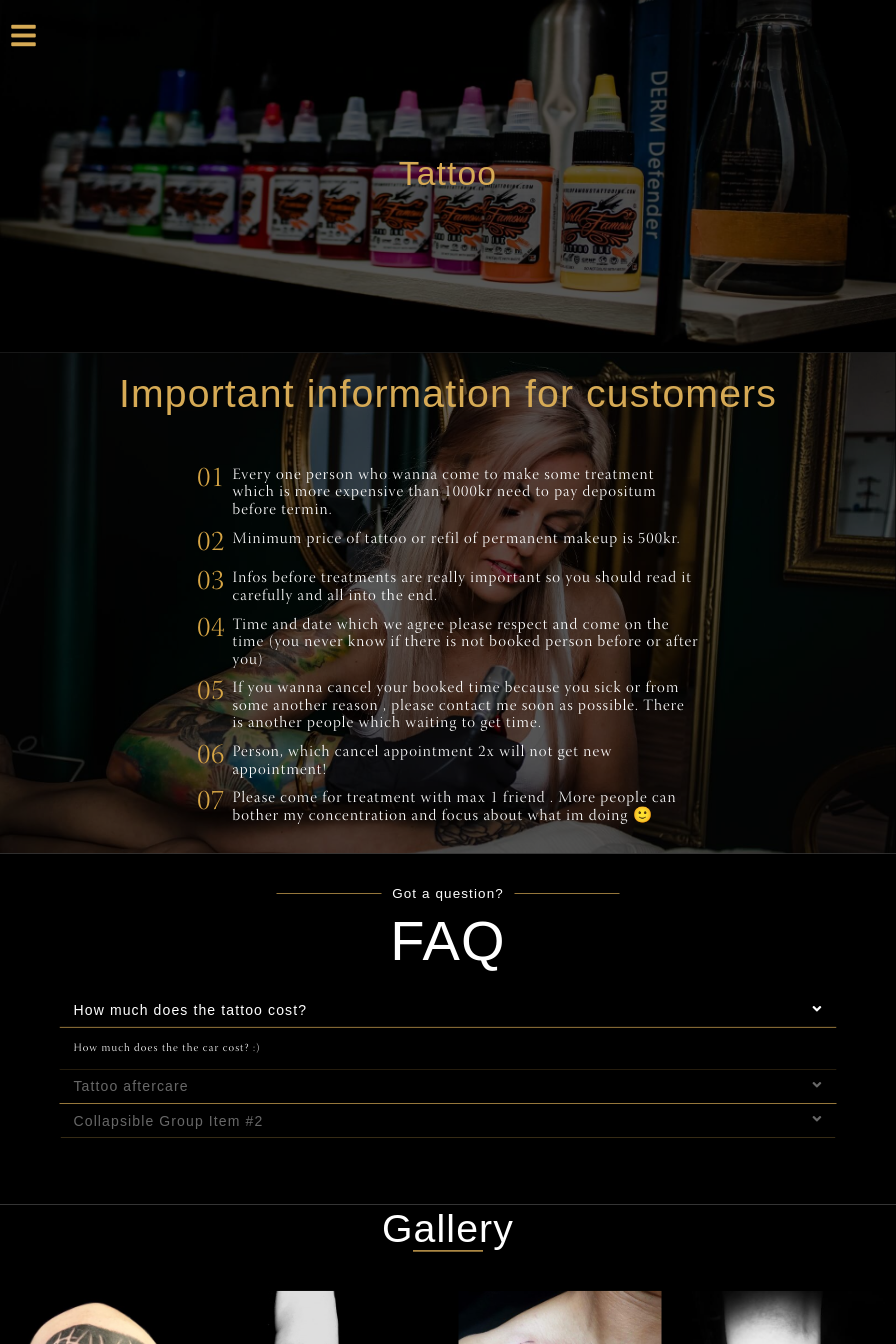
Repository: Spreceriany/TattooWeb
Page: tattoo-en.html
An editor plug-in stored every save of this project. The page is shown before and after the next save, followed by the edit.
The browser window is 1280 px wide. The pictures show the part of the page from y = 0 to 1920 px (the page is 3492 px tall before and 3483 px after), at 70% of full size.
Backgrounds fixed to the window are drawn as part of the page. Some web fonts or font styles are not loaded; a fallback is used. Some web libraries are served in a nearby version.

Above is the page before, as saved 2020-04-23 19:40:05.
Console error: TypeError: Cannot read properties of null (reading 'addEventListener')

### tattoo-en.html
<!DOCTYPE html>
<html>
<head>
    <meta charset='utf-8'>
    <meta http-equiv='X-UA-Compatible' content='IE=edge'>
    <title>Tattoo - Manovistudio</title>
    <meta name='viewport' content='width=device-width, initial-scale=1'>
    <link rel='stylesheet' type='text/css' media='screen' href='css/main.css'>

    <link rel="stylesheet" href="https://stackpath.bootstrapcdn.com/bootstrap/4.4.1/css/bootstrap.min.css" integrity="sha384-Vkoo8x4CGsO3+Hhxv8T/Q5PaXtkKtu6ug5TOeNV6gBiFeWPGFN9MuhOf23Q9Ifjh" crossorigin="anonymous">

    <link rel="stylesheet" href="https://use.fontawesome.com/releases/v5.11.2/css/all.css">

    <link rel="stylesheet" href="css/mdb.min.css">

    <link rel="stylesheet" href="css/lightgallery.min.css">

    <link rel="stylesheet" href="css/swiper.css">

    <link rel="stylesheet" href="css/aos.css">

    <link rel="stylesheet" href="css/style.css">
    <link rel="icon" type="image/png" href="/images/favicon-32x32.png" sizes="32x32" />
    <link rel="icon" type="image/png" href="/images/favicon-16x16.png" sizes="16x16" />
</head>
<body>
  <div style="overflow-x:hidden; position:relative">
  <div class="wrapper-tattoo">
    <button class="netflix-nav-btn netflix-open-btn">
   <i class="fas fa-bars fa-2x"></i>
</button>

<h1 class="gold site-section-heading2">Tattoo</h1>


<div class="netflix-nav netflix-nav-black">
   <div class="netflix-nav netflix-nav-red">
       <div class="netflix-nav netflix-nav-white">

           <button class="netflix-nav-btn netflix-close-btn"><i class="fas fa-times"></i></button>

           <img class="netflix-logo" src="images/GOLD.png" alt="ManoviStudio Logo" />

           <ul class="netflix-list">
               <li><a href="index-en.php">Home</a></li>
               <li><a href="index-en.php#about">About</a></li>
               <li><a href="index-en.php-en#services">Services</a></li>
               <li>
                   <ul>
                       <li><a href="tattoo-en.html" class="gold">Tattoo</a></li>
                       <li><a href="beauty-en.html" >Beauty</a></li>
                       <li><a href="piercing-en.html">Piercing</a></li>

                   </ul>
               </li>
               <li><a href="index-en.php#contact">Contact Us</a></li>

              <li>
                <a href="tattoo.html">Danish</a
                ><img
                  src="/images//denmark.svg"
                  alt="danish-flag"
                  class="flag"
                />
              </li>
           </ul>
       </div>
   </div>
</div>




</div>
<div style="overflow-x:hidden; position:relative">
  <div class="container-fluid tattoo-uvod py-4">
    <h2 class="gold  text-center display-4 ">Important information for customers</h2>
    <div class="row pt-5 justify-content-center d-flex">
      <div class=" col-sm-7 pt-3">

          <ol class="text-white order-style">
            <li>Every one person who wanna come to make some treatment which is more expensive than 1000kr need to pay depositum before termin. </li>
            <li>Minimum price of tattoo or refil of permanent makeup is 500kr.</li>
            <li>Infos before treatments are really important so you should read it carefully and all into the end. </li>
            <li> Time and date which we agree please respect and come on the time (you never know if there is not booked person before or after you) </li>
            <li> If you wanna cancel your booked time because you sick or from some another reason , please contact me soon as possible. There is another people which waiting to get time. </li>
            <li>Person, which cancel appointment 2x will not get new appointment!</li>
            <li>Please come for treatment with max 1 friend . More people can bother my concentration and focus about what im doing 🙂</li>
          </ol>
      </div>

    </div>
  </div>
<div class="container-fluid black-bg py-5" style="height: auto;"  data-aos="fade" data-aos-duration="2000">
  <div class="container align-items-center flex-column ">
    <div class="text-center" data-aos="zoom-in">
         <h2 class="subtitle fancy text-white" style="font-size: 1.2em;"><span>Got a question?</span></h2>
     <p style="font-size: 5em;" class="mt-5 text-white">FAQ</p>
    </div>


    <div class="accordion md-accordion py-5 " id="accordionEx" role="tablist" aria-multiselectable="true" data-aos="fade" data-aos-duration="2000">

      <!-- Accordion card -->
      <div class="card black-bg">

        <!-- Card header -->
        <div class="card-header panel-heading-active " role="tab" id="headingOne1">
          <a data-toggle="collapse" data-parent="#accordionEx" href="#collapseOne1" aria-expanded="true"
            aria-controls="collapseOne1">
            <h5 class="mb-0 ">
              How much does the tattoo cost? <i class="fas fa-angle-down rotate-icon float-right"></i>
            </h5>
          </a>
        </div>

        <!-- Card body -->
        <div id="collapseOne1" class="collapse show" role="tabpanel" aria-labelledby="headingOne1"
          data-parent="#accordionEx">
          <div class="card-body">
         How much does the the car cost? :)
          </div>
        </div>

      </div>
      <!-- Accordion card -->

      <!-- Accordion card -->
      <div class="card  black-bg">

        <!-- Card header -->
        <div class="card-header panel-heading-active" role="tab" id="headingTwo2">
          <a class="collapsed" data-toggle="collapse" data-parent="#accordionEx" href="#collapseTwo2"
            aria-expanded="false" aria-controls="collapseTwo2">
            <h5 class="mb-0 ">
              Tattoo aftercare <i class="fas fa-angle-down rotate-icon float-right"></i>
            </h5>
          </a>
        </div>

        <!-- Card body -->
        <div id="collapseTwo2" class="collapse" role="tabpanel" aria-labelledby="headingTwo2"
          data-parent="#accordionEx">
          <div class="card-body">


           <ol>
             <li>
               <h6>With protection film</h6>
               <p class="second-font">Leave Protective Film  3 days on tattoo. Could be hard to pull off the skin, simply let some warm water run under the tattoo film, so that the glue becomes tender and removal of the film is easier. You may also use tattoo cream to rub under the film with clean fingers to in order to remove the glue.
              </p>
             </li>
             <li>
               <h6>APPLY A THIN LAYER OF UNSCENTED MOISTURISING CREAM</h6>
               <p class="second-font">You should then apply a thin layer of an unscented moisturising cream like PHANTHENOL – we will tell you which we recommend. 3-5 times a day</p>
             </li>

 <li>
               <h6>KEEP THE TATTOO CLEAN AND DRY</h6>
               <p class="second-font">Keep the tattoo clean and dry, and avoid soaking it in water for at least a month (showers are ok, baths are not). If your clothes are likely to rub on it, keep it covered with gauze/clingfilm and medical tape.</p>
             </li>
             <li>
              <h6>AVOID DIRECT SUNLIGHT</h6>
              <p class="second-font">Avoid exposing it to direct sunlight unless necessary. Healed tattoos, especially coloured ones, can fade in the sun – so when it's completely healed, make sure it's covered in a high SPF if you're going to be catching some rays.</p>
            </li>
            <li>
              <h6> BE PATIENT WITH HEALING TIMES</h6>
              <p class="second-font">Healing times depend on how well you heal and the size of the design. This can range anywhere from around a week for simple, small line designs, to several months for complex, larger designs. Keep following your aftercare instructions for as long as the artist told you to, and make sure the tattoo is kept well-moisturised and clean for a good few months after that, avoiding abrasive skin products.</p>
            </li>
            <li>
              <h6>DO. NOT. ITCH.</h6>
              <p class="second-font">As the tattoo heals, it may scab or flake slightly. Avoid picking at it, as this may remove the ink in that area and lead to patches fading or being removed altogether. If it itches, don't scratch – slap it lightly instead. This should only last for the first few weeks or so – if it stays raised, itches uncontrollably, is red around the design, keeps bleeding for more than a day or so after having it done, or is continuously hot to the touch, go back to your artist or seek medical advice. Infected tattoos are very rare but can happen, and it's always worth getting it checked out if you're worried about it.</p>
            </li>
            <li>
              <h6>COME  BACK TO THE STUDIO FOR TOUCH UPS, IF NEEDED</h6>
              <p class="second-font">If you do lose ink, our studio will retouch it for free – bad tattoos and service lead to bad reputations, so it's in their interests to make sure you're happy with the final product. After about 5 weeks, come back if you need touch-ups on any area of the tattoo. WE WANT YOU TO BE HAPPY .
                ! Cover Max 6 months from date of treatment 😉 !</p>
            </li>
           </ol>
           <h6>If you got more questions about getting and treating tattoos, download <a href="images/tattoo/stps_informationsmateriale_om_tatovering_uk.pdf" download>this PDF file</a> for more information</h6>
          </div>
        </div>

      </div>
      <!-- Accordion card -->

      <!-- Accordion card -->


      <div class="card  black-bg">

        <!-- Card header -->
        <div class="card-header panel-heading-active" role="tab" id="headingThree3">
          <a class="collapsed" data-toggle="collapse" data-parent="#accordionEx" href="#collapseThree3"
            aria-expanded="false" aria-controls="collapseThree3">
            <h5 class="mb-0 ">
              Collapsible Group Item #2 <i class="fas fa-angle-down rotate-icon float-right"></i>
            </h5>
          </a>
        </div>

        <!-- Card body -->
        <div id="collapseThree3" class="collapse" role="tabpanel" aria-labelledby="headingThree3"
          data-parent="#accordionEx">
          <div class="card-body">
            Anim pariatur cliche reprehenderit, enim eiusmod high life accusamus terry richardson ad squid. 3
            wolf moon officia aute, non cupidatat skateboard dolor brunch. Food truck quinoa nesciunt laborum
            eiusmod. Brunch 3 wolf moon tempor, sunt aliqua put a bird on it squid single-origin coffee nulla
            assumenda shoreditch et. Nihil anim keffiyeh helvetica, craft beer labore wes anderson cred
            nesciunt sapiente ea proident. Ad vegan excepteur butcher vice lomo. Leggings occaecat craft beer
            farm-to-table, raw denim aesthetic synth nesciunt you probably haven't heard of them accusamus
            labore sustainable VHS.
          </div>
        </div>

      </div>

        <!-- Accordion card -->

      </div>
<!-- Accordion wrapper -->

  </div>
</div>




<div class="site-wrap"  data-aos="fade">





  <div   data-aos="fade">
    <div class="container-fluid bg-black">

      <div class="row justify-content-center">

        <div class="col-md-7">
          <div class="row mb-5">
            <div class="col-12 ">
              <h2 class="site-section-heading text-center text-white">Gallery</h2>
            </div>
          </div>
        </div>

      </div>
      <div class="row gallery-container" id="lightgallery">
        <div class="col-sm-6 col-md-4 col-lg-4 col-xl-3 item img-gallery center-images-tattoo image-box" data-aos="fade" data-src="images/tattoo/IMG_1086.jpg" data-sub-html="<h4>Fading Light</h4><p>Lorem ipsum dolor sit amet, consectetur adipisicing elit. Dolor doloremque hic excepturi fugit, sunt impedit fuga tempora, ad amet aliquid?</p>">
          <a href="#"><img src="images/tattoo/IMG_1086.jpg" alt="Tattoo-image" class="img-fluid img-resize2"></a>
        </div>
        <div class="col-sm-6 col-md-4 col-lg-4 col-xl-3 item img-gallery center-images-tattoo image-box" data-aos="fade" data-src="images/tattoo/IMG_1089.jpg" data-sub-html="<h4>Fading Light</h4><p>Lorem ipsum dolor sit amet, consectetur adipisicing elit. Laboriosam omnis quaerat molestiae, praesentium. Ipsam, reiciendis. Aut molestiae animi earum laudantium.</p>">
          <a href="#"><img src="images/tattoo/IMG_1089.jpg" alt="Tattoo-image" class="img-fluid img-resize2"></a>
        </div>
        <div class="col-sm-6 col-md-4 col-lg-4 col-xl-3 item img-gallery  center-images-tattoo image-box" data-aos="fade" data-src="images/tattoo/IMG_1090.jpg" data-sub-html="<h4>Fading Light</h4><p>Lorem ipsum dolor sit amet, consectetur adipisicing elit. Quidem reiciendis, dolorum illo temporibus culpa eaque dolore rerum quod voluptate doloribus.</p>">
          <a href="#"><img src="images/tattoo/IMG_1090.jpg" alt="Tattoo-image" class="img-fluid img-resize2"></a>
        </div>
        <div class="col-sm-6 col-md-4 col-lg-4 col-xl-3 item img-gallery  center-images-tattoo image-box" data-aos="fade" data-src="images/tattoo/IMG_1095.jpg" data-sub-html="<h4>Fading Light</h4><p>Lorem ipsum dolor sit amet, consectetur adipisicing elit. Enim perferendis quae iusto omnis praesentium labore tempore eligendi quo corporis sapiente.</p>">
          <a href="#"><img src="images/tattoo/IMG_1095.jpg" alt="Tattoo-image" class="img-fluid img-resize2"></a>
        </div>
        <div class="col-sm-6 col-md-4 col-lg-4 col-xl-3 item img-gallery  center-images-tattoo image-box" data-aos="fade" data-src="images/tattoo/IMG_1102.jpg" data-sub-html="<h4>Fading Light</h4><p>Lorem ipsum dolor sit amet, consectetur adipisicing elit. Saepe, voluptatum voluptate tempore aliquam, dolorem distinctio. In quas maiores tenetur sequi.</p>">
          <a href="#"><img src="images/tattoo/IMG_1102.jpg" alt="Tattoo-image" class="img-fluid img-resize2"></a>
        </div>
        <div class="col-sm-6 col-md-4 col-lg-4 col-xl-3 item img-gallery  center-images-tattoo image-box" data-aos="fade" data-src="images/tattoo/IMG_1103.jpg" data-sub-html="<h4>Fading Light</h4><p>Lorem ipsum dolor sit amet, consectetur adipisicing elit. Saepe, voluptatum voluptate tempore aliquam, dolorem distinctio. In quas maiores tenetur sequi.</p>">
          <a href="#"><img src="images/tattoo/IMG_1103.jpg" alt="Tattoo-image" class="img-fluid img-resize2"></a>
        </div>
        <div class="col-sm-6 col-md-4 col-lg-4 col-xl-3 item img-gallery  center-images-tattoo image-box" data-aos="fade" data-src="images/tattoo/IMG_1454.jpg" data-sub-html="<h4>Fading Light</h4><p>Lorem ipsum dolor sit amet, consectetur adipisicing elit. Saepe, voluptatum voluptate tempore aliquam, dolorem distinctio. In quas maiores tenetur sequi.</p>">
          <a href="#"><img src="images/tattoo/IMG_1454.jpg" alt="Tattoo-image" class="img-fluid img-resize2"></a>
        </div>
        <div class="col-sm-6 col-md-4 col-lg-4 col-xl-3 item img-gallery  center-images-tattoo image-box" data-aos="fade" data-src="images/tattoo/IMG_1877.jpg" data-sub-html="<h4>Fading Light</h4><p>Lorem ipsum dolor sit amet, consectetur adipisicing elit. Saepe, voluptatum voluptate tempore aliquam, dolorem distinctio. In quas maiores tenetur sequi.</p>">
          <a href="#"><img src="images/tattoo/IMG_1877.jpg" alt="Tattoo-image" class="img-fluid img-resize2"></a>
        </div>
        <div class="col-sm-6 col-md-4 col-lg-4 col-xl-3 item img-gallery  center-images-tattoo image-box" data-aos="fade" data-src="images/tattoo/IMG_1878.jpg" data-sub-html="<h4>Fading Light</h4><p>Lorem ipsum dolor sit amet, consectetur adipisicing elit. Saepe, voluptatum voluptate tempore aliquam, dolorem distinctio. In quas maiores tenetur sequi.</p>">
          <a href="#"><img src="images/tattoo/IMG_1878.jpg" alt="Tattoo-image" class="img-fluid img-resize2"></a>
        </div>
        <div class="col-sm-6 col-md-4 col-lg-4 col-xl-3 item img-gallery  center-images-tattoo image-box" data-aos="fade" data-src="images/tattoo/IMG_1879.jpg" data-sub-html="<h4>Fading Light</h4><p>Lorem ipsum dolor sit amet, consectetur adipisicing elit. Saepe, voluptatum voluptate tempore aliquam, dolorem distinctio. In quas maiores tenetur sequi.</p>">
          <a href="#"><img src="images/tattoo/IMG_1879.jpg" alt="Tattoo-image" class="img-fluid img-resize2"></a>
        </div>
        <div class="col-sm-6 col-md-4 col-lg-4 col-xl-3 item img-gallery  center-images-tattoo image-box" data-aos="fade" data-src="images/tattoo/IMG_1884.jpg" data-sub-html="<h4>Fading Light</h4><p>Lorem ipsum dolor sit amet, consectetur adipisicing elit. Saepe, voluptatum voluptate tempore aliquam, dolorem distinctio. In quas maiores tenetur sequi.</p>">
          <a href="#"><img src="images/tattoo/IMG_1884.jpg" alt="Tattoo-image" class="img-fluid img-resize2"></a>
        </div>
        <div class="col-sm-6 col-md-4 col-lg-4 col-xl-3 item img-gallery  center-images-tattoo image-box" data-aos="fade" data-src="images/tattoo/arm_photo" data-sub-html="<h4>Fading Light</h4><p>Lorem ipsum dolor sit amet, consectetur adipisicing elit. Saepe, voluptatum voluptate tempore aliquam, dolorem distinctio. In quas maiores tenetur sequi.</p>">
          <a href="#"><img src="images/tattoo/arm_photo.jpg" alt="Tattoo-image" class="img-fluid img-resize2"></a>
        </div>







      </div>
    </div>
  </div>






  </div>


<div class="container-fluid px-0"  >
      <!--- Footer -->
      <footer class="footer-bs">
        <div class="row">
          <div class="col-md-4 footer-brand animated fadeInLeft d-flex col-12">
            <img
              src="images/GOLD.png"
              alt=""
              class=" d-flex justify-content-center align-self-center logo-footer mx-auto"
            />
          </div>
          <div class="col-12 col-md-4 text-center justify-content-center align-content-center d-flex   ">
            <p class="align-self-center mb-sm-4 gray">All right reserved &copy;</p>
          </div>

          <div
            class="col-md-4 col-12 footer-social animated fadeInDown d-flex flex-column mx-auto text-center justify-content-center align-items-center  "
          >
            <h4 class="gray">Follow Us</h4>
            <ul class="text-center flex-row d-flex mx-1">
              <li>
                <a href="https://www.instagram.com/alex_manovi_tattoo/">
                  <i class="fab fa-instagram fa-2x mb-1 ikonka hvr-bob" aria-hidden="true"></i>
                </a>
              </li>
              <li>
                <a href="https://www.facebook.com/manovistudio/">
                  <i class="fab fa-facebook fa-2x ikonka hvr-bob" aria-hidden="true"></i>
                </a>
              </li>
            </ul>
          </div>

        </div>
      </footer>
    </div>
</div>
  </div>
</body>
     <!-- Optional JavaScript -->
    <!-- jQuery first, then Popper.js, then Bootstrap JS -->
    <script  src="js/jquery-3.3.1.min.js"></script>
  <script defer src="js/swiper.min.js"></script>
  <script src="js/aos.js"></script>

  <script defer src="js/lightgallery-all.min.js"></script>

  <script src="js/main.js"></script>
  <script defer src="js/bootstrap.min.js"></script>
  <script src="js/js.js"></script>
  <script>
    $(document).ready(function () {
      $('#lightgallery').lightGallery();
    });
  </script>
  </body>
</html>

Loaded but not shown: css/mdb.min.css (library); css/lightgallery.min.css (library); css/swiper.css (library); css/aos.css (library); js/jquery-3.3.1.min.js (library); js/aos.js (library); js/swiper.min.js (library); js/lightgallery-all.min.js (library); js/bootstrap.min.js (library); js/main.js (294 lines, source omitted); js/js.js (142 lines, source omitted); css/style.css (1190 lines, source omitted); css/main.css (2027 lines, source omitted)

After the next save:
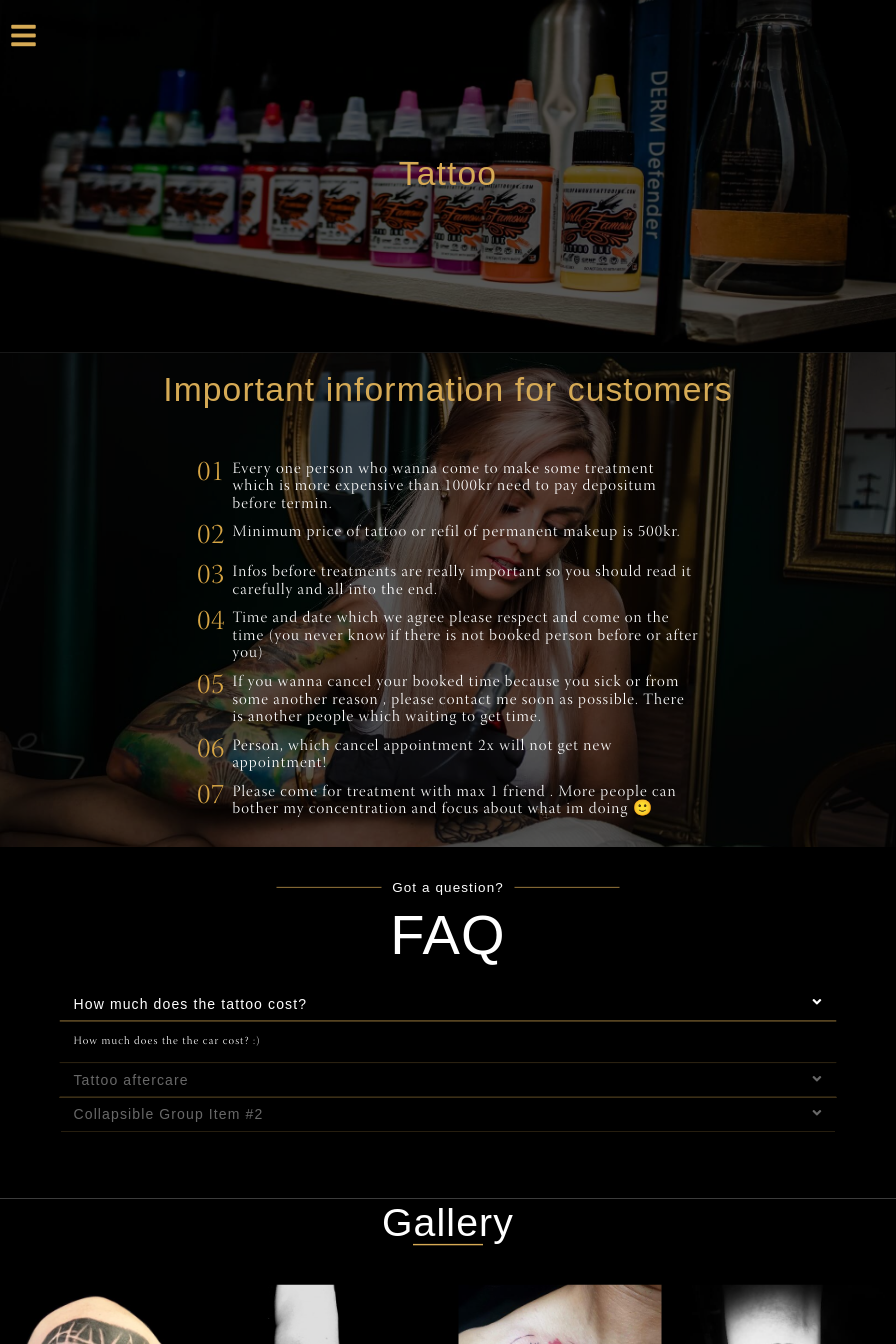
Saved 78 s later.
--- a/tattoo-en.html
+++ b/tattoo-en.html
@@ -74,7 +74,7 @@
 </div>
 <div style="overflow-x:hidden; position:relative">
   <div class="container-fluid tattoo-uvod py-4">
-    <h2 class="gold  text-center display-4 ">Important information for customers</h2>
+    <h2 class="gold  text-center site-section-heading2">Important information for customers</h2>
     <div class="row pt-5 justify-content-center d-flex">
       <div class=" col-sm-7 pt-3">
 
